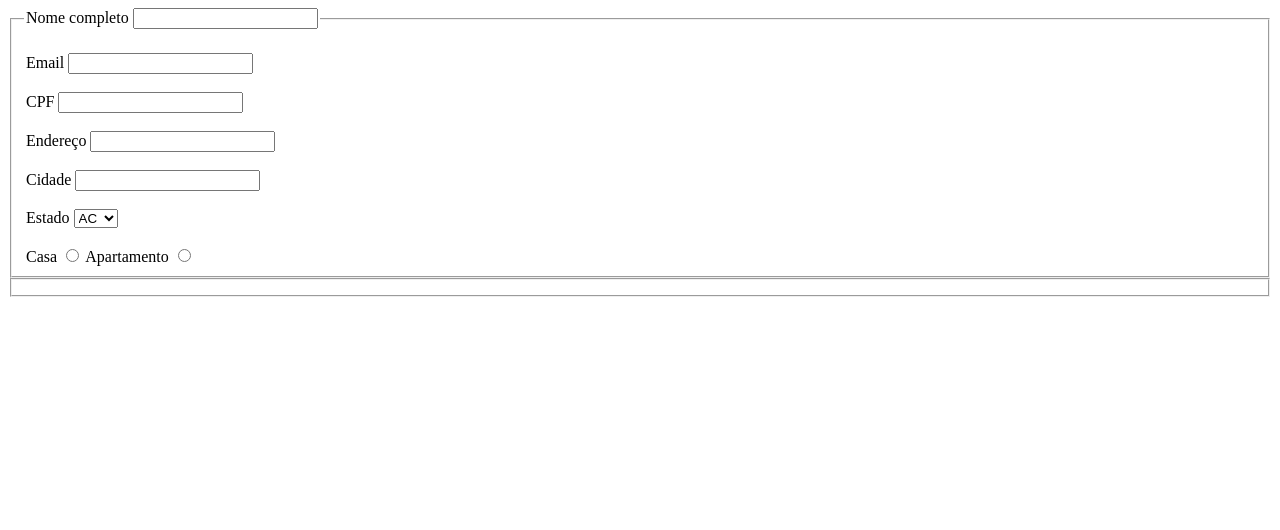
Repository: Parker9309/-trybe-exercises
Page: exercises/exercises-bloco6/html-e-css-forms-flexbox-e-responsivo_1/index.html
These files come from the project's save history. The page is drawn as it stood at one moment and after the next save; the edit follows.
The browser window is 1280 px wide. The pictures show the whole page.

Above is the page before, as saved 2021-03-16 13:29:25.

### exercises/exercises-bloco6/html-e-css-forms-flexbox-e-responsivo_1/index.html
<!DOCTYPE html>
<html lang="pt-br">
<head>
  <meta charset="UTF-8">
  <meta http-equiv="X-UA-Compatible" content="IE=edge">
  <meta name="viewport" content="width=device-width, initial-scale=1.0">
  <title>Document</title>
</head>
<body>
  <form>
    <div id="forms">
    <fieldset>
      <legend>
        <label form="nome"> Nome completo
          <input type = "text" name="nome" id="nome" maxlength="40" required>
        </label>
      </legend>

  <br>

    <legend>
      <label form="mail"> Email
        <input type = "text" name="nome" id="mail" maxlength="50" required>
      </label>
    </legend>

  <br>

    <legend>
      <label form="cpf"> CPF
        <input type = "text" name="nome" id="cpf" maxlength="11" required>
      </label>
    </legend>

<br>

  <legend>
    <label form="nome"> Endereço
      <input type = "text" name="nome" id="endereço" maxlength="200" required>
    </label>
  </legend>

<br>

  <legend>
    <label form="nome"> Cidade
      <input type = "text" name="nome" id="city" maxlength="28" required>
    </label>
  </legend>

<br>

  <legend>
    <label form="nome"> Estado
      <select name="nome" id="estados" required>
    </label>
  </legend>

<br>

  <legend>
    <label form="nome"> Estado
      <select name="nome" id="estados" required>
    </label>
  </legend>

<br>

  <legend>
      <label form="nome">Casa</label>
      <input type="radio" name="nome" id="Moradia" required>
      <label form="nome">Apartamento</label>
      <input type="radio" name="nome" id="Moradia" required>
  </legend>
</fieldset>
<fieldset>

</fieldset>
</div>
</form>
<script src = "script.js"></script>
</body>
</html>

### exercises/exercises-bloco6/html-e-css-forms-flexbox-e-responsivo_1/script.js
let opcoes = document.getElementById('estados');
function criarOpcoes() {
  let estadosBr = ['AC', 'AL', 'AP','AM', 'BA','CE', 'DF',
  'ES', 'GO', 'MA', 'MT', 'MS', 'MG', 'PA', 'PB', 'PR','PE', 'PI', 'RJ', 'RN', 'RS', 'RO', 'RR', 'SC', 'SP', 'SE', 'TO'];
  for (let stateIndex = 0; stateIndex < estadosBr.length; stateIndex += 1) {
    let opcao = document.createElement('option');
    opcao.value = estadosBr[stateIndex].toLowerCase();
    opcao.id = 'estados';
    opcao.innerHTML = estadosBr[stateIndex];
    opcoes.appendChild(opcao);
  }
}
criarOpcoes()

After the next save:
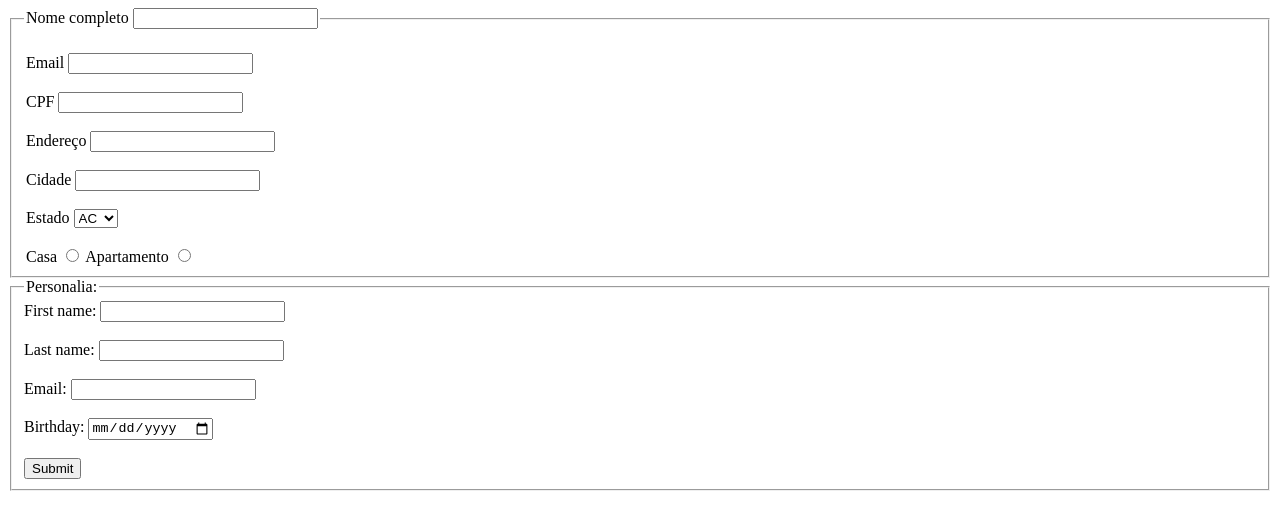
Saved 35 s later.
--- a/exercises/exercises-bloco6/html-e-css-forms-flexbox-e-responsivo_1/index.html
+++ b/exercises/exercises-bloco6/html-e-css-forms-flexbox-e-responsivo_1/index.html
@@ -74,7 +74,16 @@
   </legend>
 </fieldset>
 <fieldset>
-
+  <legend>Personalia:</legend>
+  <label for="fname">First name:</label>
+  <input type="text" id="fname" name="fname"><br><br>
+  <label for="lname">Last name:</label>
+  <input type="text" id="lname" name="lname"><br><br>
+  <label for="email">Email:</label>
+  <input type="email" id="email" name="email"><br><br>
+  <label for="birthday">Birthday:</label>
+  <input type="date" id="birthday" name="birthday"><br><br>
+  <input type="submit" value="Submit">
 </fieldset>
 </div>
 </form>
